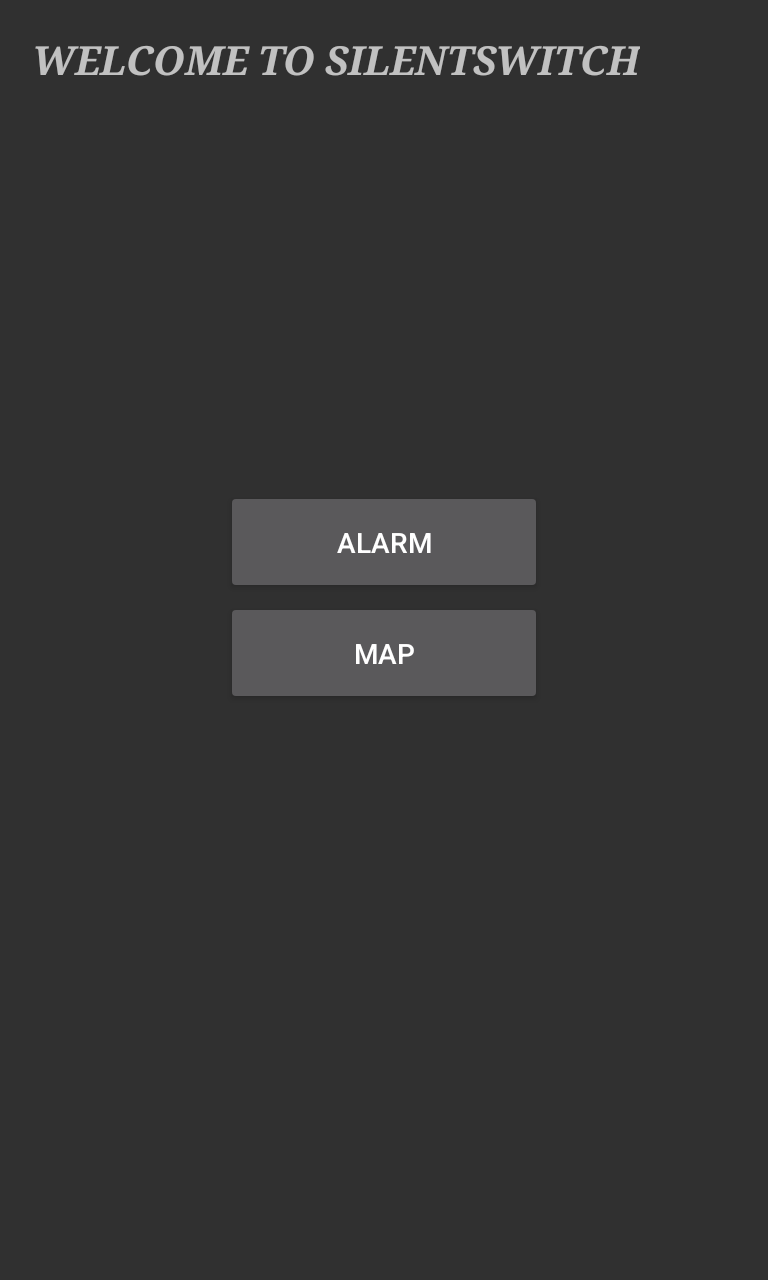
Repository: karakor/SilentSwitch2
Layout: SilentSwitch/res/layout/activity_main.xml
An editor plug-in stored every save of this project. The layout is shown before and after the next save, followed by the edit.
It is drawn on a 768 x 1280 px phone screen (xhdpi) without system bars, with theme Theme.AppCompat; the app's code is not run.

Above is the layout before, as saved 2015-03-02 11:59:30.

After the next save:
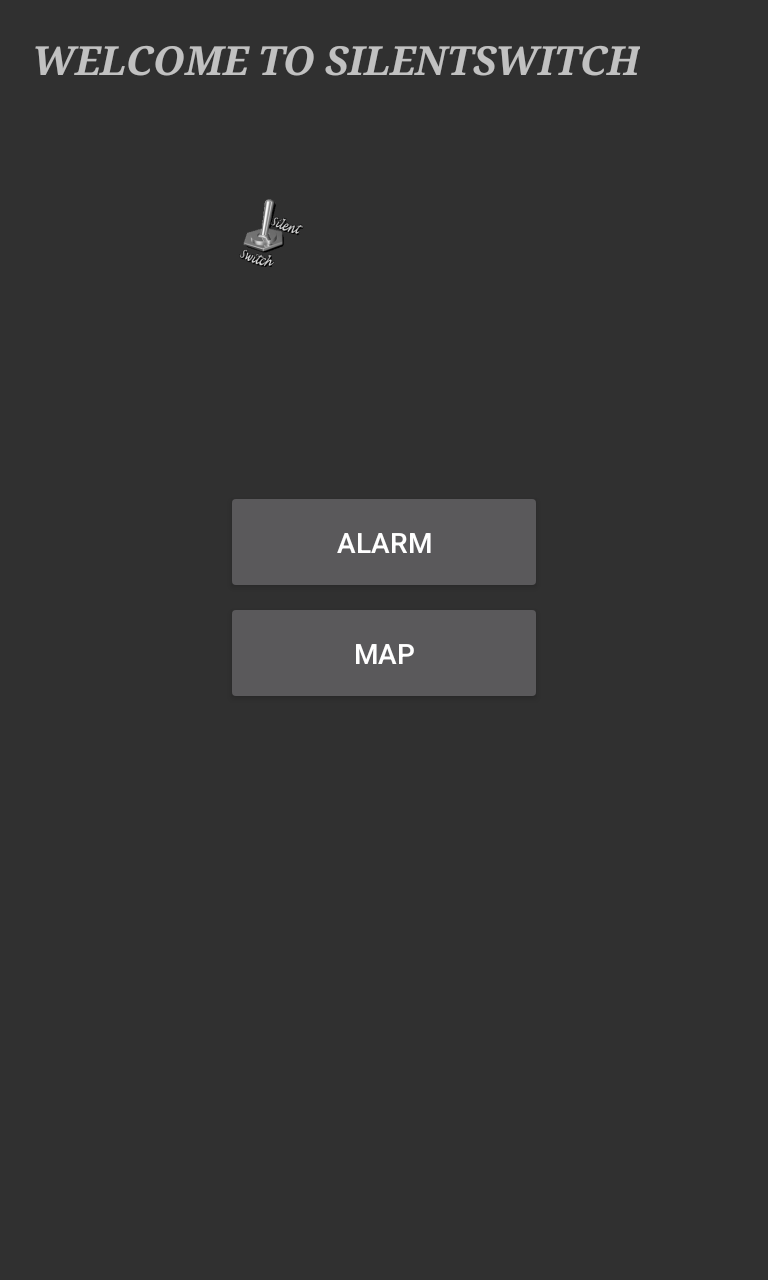
Saved 70 s later.
--- a/SilentSwitch/res/layout/activity_main.xml
+++ b/SilentSwitch/res/layout/activity_main.xml
@@ -40,5 +40,13 @@
         android:text="@string/Map_btn"
         android:width="160dp" />
 
+    <ImageView
+        android:id="@+id/imageView1"
+        android:layout_width="wrap_content"
+        android:layout_height="wrap_content"
+        android:layout_alignLeft="@+id/Alarm_btn"
+        android:layout_below="@+id/textView1"
+        android:layout_marginTop="49dp"
+        android:src="@drawable/log" />
 
 </RelativeLayout>
